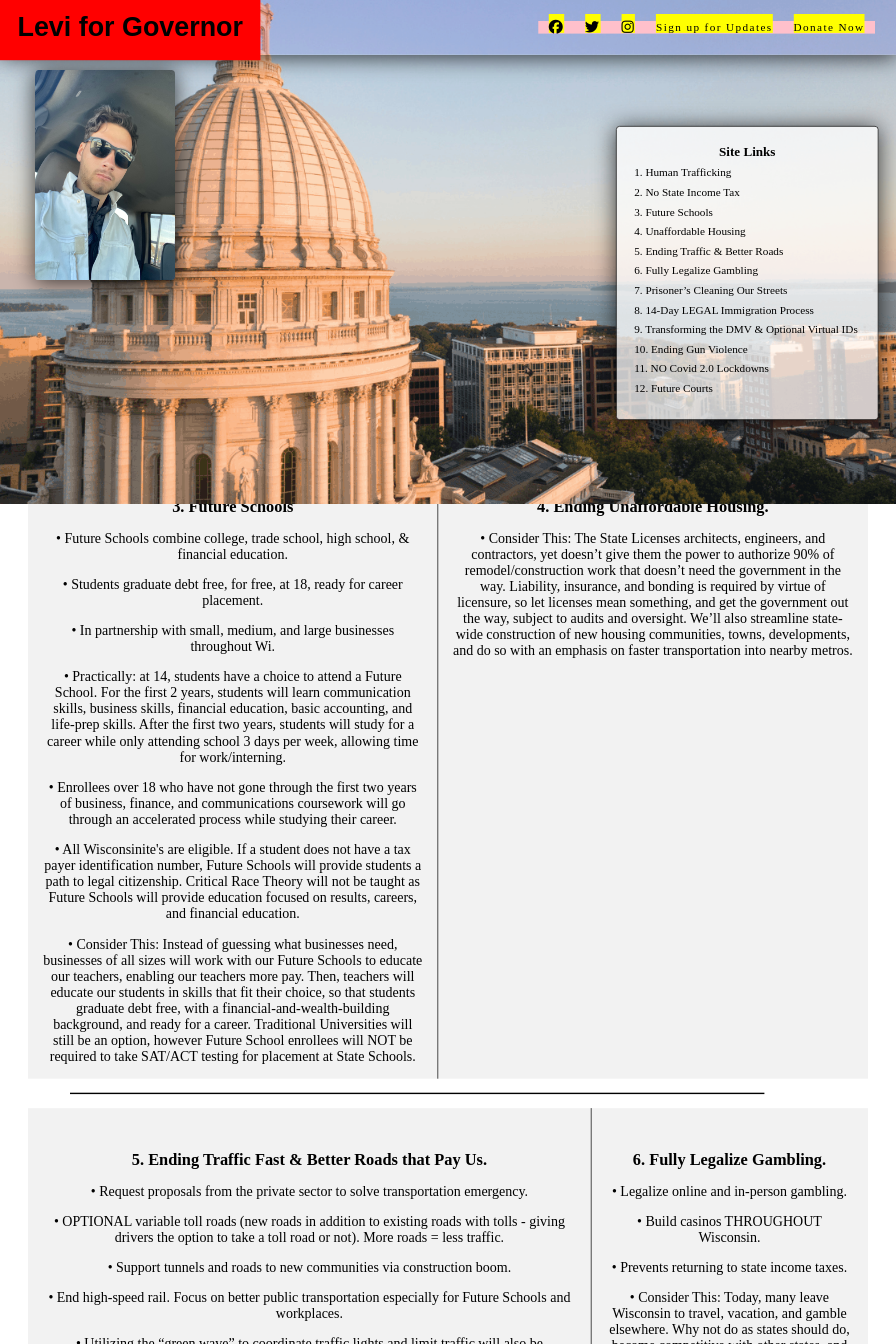
Repository: LeviCB/LeviCB.github.io
Page: index.html
The author's editor kept a record of every edit. The page is drawn from the files as they stood at one moment, then again after the next edit.
The browser window is 1280 px wide. The pictures show the part of the page from y = 0 to 1920 px (the page is 3981 px tall), at 70% of full size.
Some web fonts or font styles are not loaded; a fallback is used. Some web libraries are served in a nearby version.

Above is the page before.
Console error: SyntaxError: Identifier 'head' has already been declared

After the next edit:
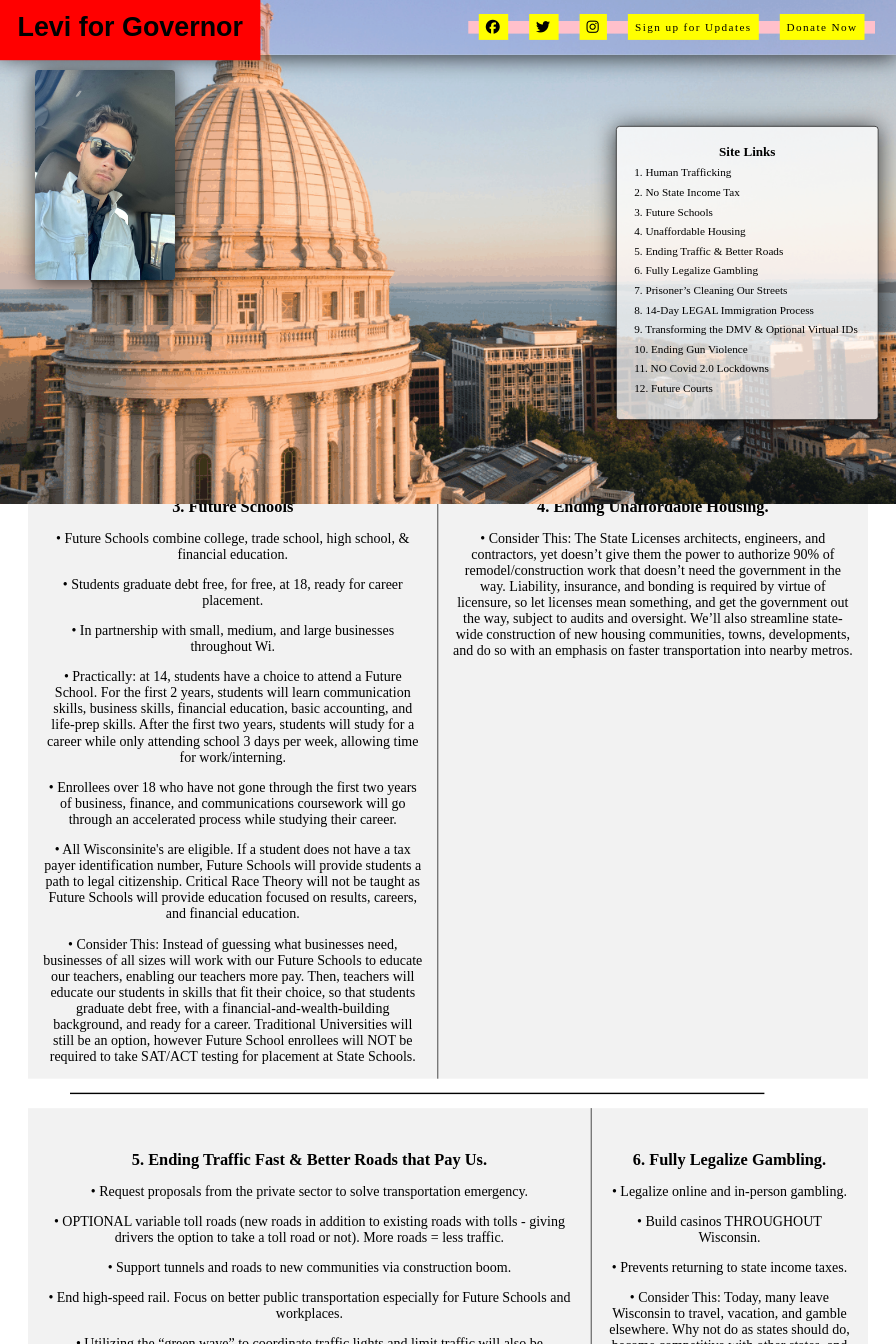
The edit:
--- a/assets/css/style.css
+++ b/assets/css/style.css
@@ -165,7 +165,7 @@
   background-color: yellow;
   position: relative;
   margin: 0 15px;
-  padding-top: 10px;
+  padding: 10px;
   text-decoration: none;
   color: black;
   letter-spacing: 2px;
